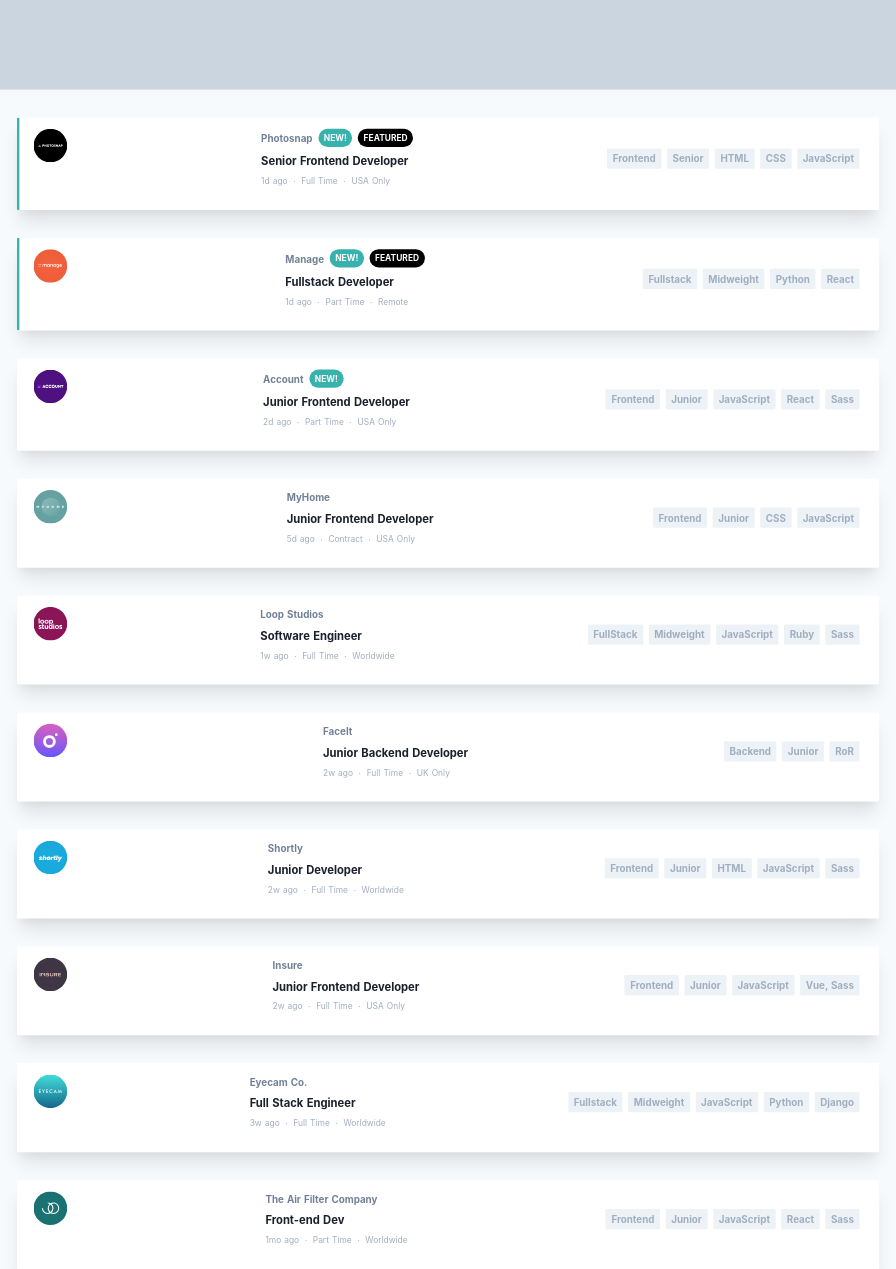
Repository: asongdon/frontendmentor-joblisting
Page: /
These files come from the project's save history. The page is drawn as it stood at one moment and after the next save; the edit follows.
The browser window is 1280 px wide. The pictures show the part of the page from y = 0 to 1920 px (the page is 1813 px tall before and 2768 px after), at 70% of full size.
The project was rebuilt for these pictures with package versions that can differ from the ones it lists, and the page was loaded fresh each time. The framework's server and built-in components were replaced by stand-ins that run in the browser. Also part of the build but not shown: nuxt.config.js.

Above is the page before, as saved 2020-04-12 22:33:09.

After the next save:
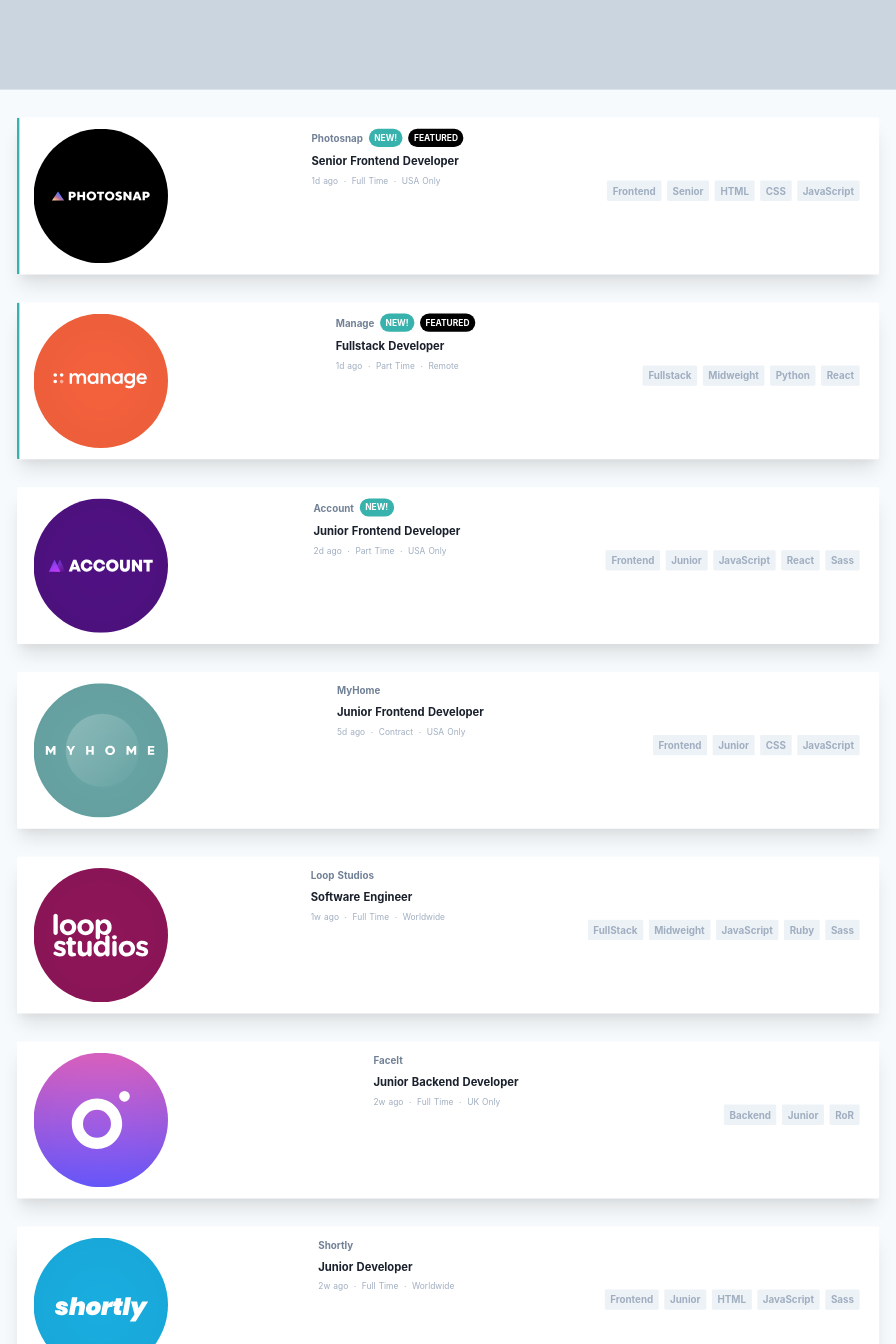
Saved 20 s later.
--- a/components/Maincard.vue
+++ b/components/Maincard.vue
@@ -5,7 +5,7 @@
   >
     <!-- Logo -->
     <div class="-mt-10 mb-2 lg:mt-0 lg:mb-0">
-      <img class="w-12" :src="'/logos/' + logo" alt="" />
+      <img class="w-12 lg:w-48" :src="'/logos/' + logo" alt="" />
     </div>
     <!-- End Logo -->
 
